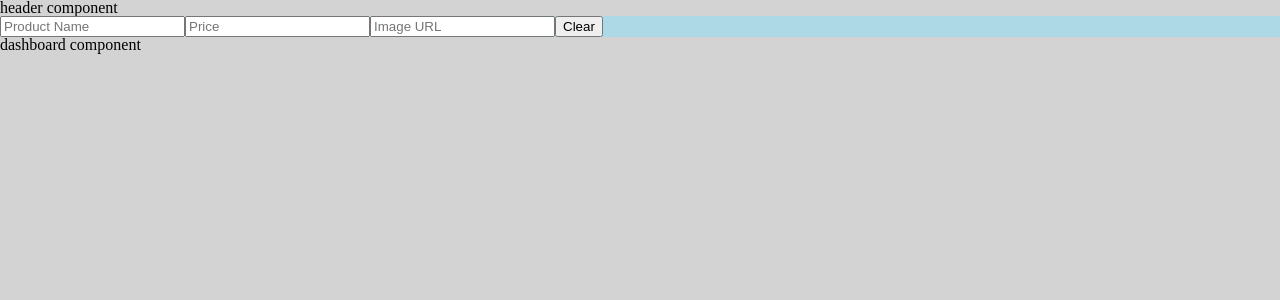
Repository: ooter37/shelfie
Page: /
The author's editor kept a copy of each file at every save. The page is drawn from the files as they stood at one save, then again after the next save.
The browser window is 1280 px wide. The pictures show the whole page.
The page's requests for data from a server got no answer. The project was rebuilt for these pictures with package versions that can differ from the ones it lists, and the page was loaded fresh each time. No one was signed in, and anything a server would have sent is missing. Also part of the build but not shown: src/Components/Product/Product.js.

Above is the page before, as saved 2020-04-03 17:16:32.

### src/App.js
import React from 'react';
import axios from 'axios';
import './reset.css'
import './App.css';
import Header from './Components/Header/Header'
import Dashboard from './Components/Dashboard/Dashboard'
import Form from './Components/Form/Form'

export default class App extends React.Component {
  constructor() {
    super()
    this.state = {
      inventory: [],
      selected: null
    }
    this.getInventory = this.getInventory.bind(this)
    this.setSelected = this.setSelected.bind(this)
  }

  componentDidMount() {
    this.getInventory()
  }
  getInventory() {
    axios.get('/api/inventory').then(res => {
      this.setState({
        inventory: res.data
      })
      }).catch(err => console.log(err))
  }

  setSelected(edit) {
    this.setState({
      selected: edit
    })
    console.log(this.state.selected)
  }

  render() {
  return (
    <div className="App">
      <Header/>
      <div className='dashboard-and-form'>
        <Form
          getInventory={this.getInventory}
          selected={this.state.selected}
          />
        <Dashboard
        inventory={this.state.inventory}
        getInventory={this.getInventory}
        setSelected={this.setSelected}
        />
      </div>
    </div>
  );
  }
}

### src/App.css
.App {
  height: 100vh;
  width: 100vw;
  background-color: lightgrey;
}

.form-component {
  background-color: lightblue;
}

.product-component {
  background-color: lightgreen;
}

### src/Components/Header/Header.js
import React from 'react'

export default class Header extends React.Component {
    // constructor() {
    //     super()
    // }
    render() {
        return (
            <div>header component</div>
        )
    }
}

### src/Components/Dashboard/Dashboard.js
import React from 'react'
import Product from '../Product/Product'
import axios from 'axios'

export default class Dashboard extends React.Component {
    // eslint-disable-next-line
    constructor(props) {
        super(props)
        this.deleteProduct = this.deleteProduct.bind(this)
    }

deleteProduct(id) {
    axios.delete(`/api/delete/${id}`).then (res => {
        this.props.getInventory()
    })
}

    render() {
        // console.log(this.props.inventory)
        const mappedInventory = this.props.inventory.map(elem => {
            return (
                <div key={elem.id}>
                <Product
                    product={elem.name}
                    price={elem.price}
                    img={elem.img}
                    deleteProduct={this.deleteProduct}
                    id={elem.id}
                    setSelected={this.props.setSelected}
                />
                </div>
            )
        })
        return (
            <div>
                dashboard component
                {mappedInventory}

            </div>
        )
    }
}

### src/Components/Form/Form.js
import React from 'react'
import axios from 'axios'

export default class Form extends React.Component {
    constructor(props) {
        super(props)
        this.state = {
            name: '',
            price: '',
            img: ''
        }
        this.nameChangeHandler = this.nameChangeHandler.bind(this)
        this.priceChangeHandler = this.priceChangeHandler.bind(this)
        this.imgChangeHandler = this.imgChangeHandler.bind(this)
        this.resetButton = this.resetButton.bind(this)
        this.addProduct = this.addProduct.bind(this)
        this.getProduct = this.getProduct.bind(this)
    }

    componentDidUpdate(oldProps, oldState) {
        if (oldProps !== this.props) {
            this.getProduct(this.props.selected)
        }
    }

    getProduct(id) {
        axios.get(`/api/current/${id}`).then (res => {
            console.log(res.data)
            console.log(res.data[0].name)
            this.setState({
                name: res.data[0].name,
                price: res.data[0].price,
                img: res.data[0].img
            })
        })
    }
    updateProduct(id) {
        axios.put(`/api/update/${id}`, {
            name: this.state.name,
            price: this.state.price,
            image: this.state.img
        }).then (res => {
            this.props.getInventory()
        })
    }
    addProduct() {
        axios.post('/api/product', {
            name: this.state.name,
            price: this.state.price,
            image: this.state.img
        }).then(res => {
            this.props.getInventory()
            this.resetButton()
        })
    }

    nameChangeHandler(e) {
        this.setState({
            name: e.target.value
        })
    }
    priceChangeHandler(e) {
        this.setState({
            price: e.target.value
        })
    }
    imgChangeHandler(e) {
        this.setState({
            img: e.target.value
        })
    }
    resetButton() {
        this.setState({
            name: '',
            price: 0,
            img: ''
        })
    }

    render() {
        return (
            <div className='form-component'>
                <input
                    name='productName'
                    value={this.state.name}
                    onChange={e => this.nameChangeHandler(e)}
                    placeholder='Product Name'
                    ></input>
                <input
                    name='producePrice'
                    value={this.state.price}
                    onChange={e => this.priceChangeHandler(e)}
                    placeholder='Price'
                ></input>
                <input
                    name='productImage'
                    value={this.state.img}
                    onChange={e => this.imgChangeHandler(e)}
                    placeholder='Image URL'
                ></input>
                <button hidden='true' onClick={this.addProduct}>Add to Inventory</button>
                <button hidden='false' onClick={this.addProduct}>Edit Product</button>
                <button
                    onClick={this.resetButton}
                >Clear</button>
            </div>
        )
    }
}

Loaded but not shown: public/index.html (common file); src/index.js (common file); src/index.css (common file); src/serviceWorker.js (common file); src/reset.css (common file)

After the next save:
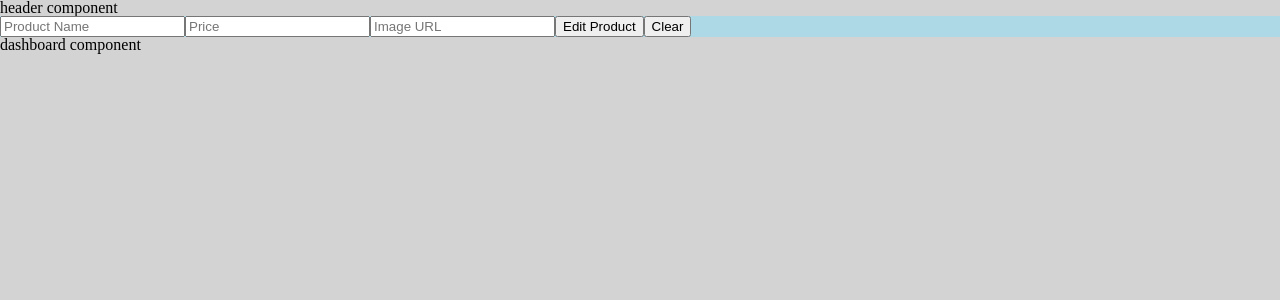
Saved 14 s later.
--- a/src/Components/Form/Form.js
+++ b/src/Components/Form/Form.js
@@ -99,7 +99,7 @@ export default class Form extends React.Component {
                     placeholder='Image URL'
                 ></input>
                 <button hidden='true' onClick={this.addProduct}>Add to Inventory</button>
-                <button hidden='false' onClick={this.addProduct}>Edit Product</button>
+                <button onClick={this.addProduct}>Edit Product</button>
                 <button
                     onClick={this.resetButton}
                 >Clear</button>
